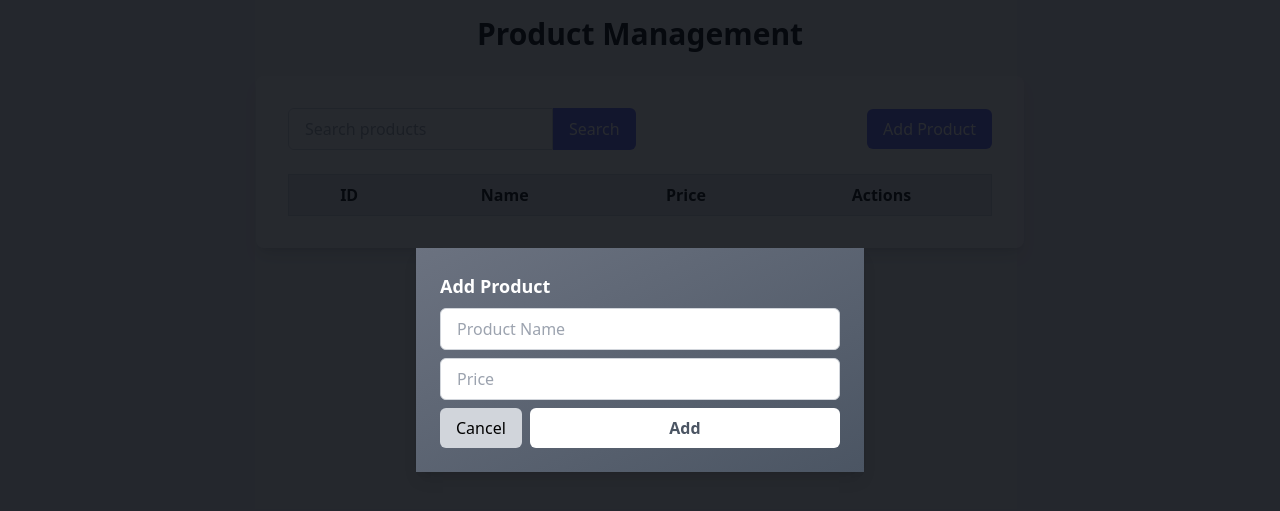
Repository: shaafsalman/product-Management-MERN
Page: /home (app in frontend/), after clicking the first element matching `button.rounded-md`
The author's editor kept a copy of each file at every save. The page is drawn from the files as they stood at one save, then again after the next save.
The browser window is 1280 px wide. The pictures show the whole page.
The page's requests for data from a server got no answer. The project was rebuilt for these pictures with package versions that can differ from the ones it lists, and the page was loaded fresh each time. No one was signed in, and anything a server would have sent is missing. Also part of the build but not shown: frontend/vite.config.js, frontend/src/Cards/mesgCard.jsx, frontend/src/Pages/Login.jsx, frontend/src/Pages/SighnUp.jsx, frontend/src/Pages/NoPage.jsx.

Above is the page before, as saved 2024-05-14 12:30:44.

### frontend/src/App.jsx
import React from 'react';
import { BrowserRouter as Router, Routes, Route, Navigate } from 'react-router-dom';
import Login from "./Pages/Login"
import Signup from "./Pages/SighnUp"
import NoPage from './Pages/NoPage';
import Home from './Pages/Home';

const App = () => {
  return (
    <div className="App">
      <Router>
        <div>
          <Routes>
            <Route path="/" element={<Login/>} />
            <Route path="/login" element={<Login />} />
            <Route path="/login" element={<Login />} />
            <Route path="/signup" element={<Signup />} />
            <Route path="/register" element={<Signup />} />
            <Route path="/home" element={<Home />} />
            <Route path="/*" element={<NoPage />} />
          </Routes>
        </div>
      </Router>
    </div>
  );
};


export default App;

### frontend/src/index.css
@tailwind base;
@tailwind components;
@tailwind utilities;


*
{
  margin: 0;
  padding: 0;
  box-sizing: border-box;
}

body,html
{
  background-color:silver
}

### frontend/src/Pages/Home.jsx
import React, { useState, useEffect } from 'react';
import axios from 'axios';
import AddProduct from './AddProduct'; // Import the AddProduct component

const Home = () => {
  const [products, setProducts] = useState([]);
  const [searchTerm, setSearchTerm] = useState('');
  const [searchResults, setSearchResults] = useState([]);
  const [showAddProduct, setShowAddProduct] = useState(false);

  useEffect(() => {
    fetchProducts();
  }, []);

  const fetchProducts = async () => {
    try {
      const response = await axios.get('/products');
      setProducts(response.data || []);
    } catch (error) {
      console.error('Error fetching products:', error);
    }
  };

  const handleSearch = () => {
    const results = products.filter(product =>
      product.name.toLowerCase().includes(searchTerm.toLowerCase())
    );
    setSearchResults(results);
  };

  const showAdd = () => {
    setShowAddProduct(true);
  };

  const toggleAddProduct = () => {
    setShowAddProduct(!showAddProduct);
  };

  const handleAddProduct = async (newProduct) => {
    try {
      const response = await axios.post('/products', newProduct);
      setProducts([...products, response.data]);
      setSearchResults([...searchResults, response.data]);
      toggleAddProduct(); // Close the AddProduct modal
    } catch (error) {
      console.error('Error adding product:', error);
    }
  };

  const handleUpdateProduct = async (productId, updatedProduct) => {
    try {
      const response = await axios.put(`/products/${productId}`, updatedProduct);
      const updatedProducts = products.map(product =>
        product._id === productId ? response.data : product
      );
      setProducts(updatedProducts);
      setSearchResults(updatedProducts);
    } catch (error) {
      console.error('Error updating product:', error);
    }
  };

  const handleDeleteProduct = async (productId) => {
    try {
      await axios.delete(`/products/${productId}`);
      const updatedProducts = products.filter(product => product._id !== productId);
      setProducts(updatedProducts);
      setSearchResults(updatedProducts);
    } catch (error) {
      console.error('Error deleting product:', error);
    }
  };

  return (
    <div className="flex flex-col items-center min-h-screen bg-gray-100 p-4">
      <h1 className="text-3xl font-semibold mb-6">Product Management</h1>
      <div className="w-full max-w-screen-md bg-white shadow-lg rounded-lg p-8">
        <div className="flex items-center justify-between mb-6">
          <div className="flex">
            <input
              type="text"
              placeholder="Search products"
              value={searchTerm}
              onChange={(e) => setSearchTerm(e.target.value)}
              className="px-4 py-2 border border-gray-300 rounded-l-md focus:outline-none focus:border-indigo-500"
            />
            <button
              onClick={handleSearch}
              className="px-4 py-2 bg-indigo-500 text-white rounded-r-md hover:bg-indigo-600 focus:outline-none focus:bg-indigo-600"
            >
              Search
            </button>
          </div>
          <button
            onClick={showAdd}
            className="px-4 py-2 bg-indigo-500 text-white rounded-md hover:bg-indigo-600 focus:outline-none focus:bg-indigo-600"
          >
            Add Product
          </button>
        </div>
        <table className="w-full border-collapse border border-gray-300">
          <thead>
            <tr className="bg-gray-200">
              <th className="px-4 py-2">ID</th>
              <th className="px-4 py-2">Name</th>
              <th className="px-4 py-2">Price</th>
              <th className="px-4 py-2">Actions</th>
            </tr>
          </thead>
          <tbody>
            {searchResults.map(product => (
              <tr key={product._id}>
                <td className="px-4 py-2">{product._id}</td>
                <td className="px-4 py-2">{product.name}</td>
                <td className="px-4 py-2">{product.price}</td>
                <td className="px-4 py-2">
                  <button
                    onClick={() => handleUpdateProduct(product._id, { name: 'Updated Name', price: 0 })} // Example: Update with a new name and price
                    className="bg-blue-500 text-white px-2 py-1 rounded-md mr-2 hover:bg-blue-600 focus:outline-none focus:bg-blue-600"
                  >
                    Update
                  </button>
                  <button
                    onClick={() => handleDeleteProduct(product._id)}
                    className="bg-indigo-500 text-white px-2 py-1 rounded-md hover:bg-indigo-600 focus:outline-none focus:bg-indigo-600"
                  >
                    Delete
                  </button>
                </td>
              </tr>
            ))}
          </tbody>
        </table>
      </div>
      {showAddProduct && (
        <div className="fixed top-0 left-0 w-full h-full bg-gray-900 bg-opacity-75 flex justify-center items-center">
          <AddProduct onClose={toggleAddProduct} onAdd={handleAddProduct} />
        </div>
      )}
    </div>
  );
};

export default Home;

### frontend/src/Pages/AddProduct.jsx
import React, { useState } from 'react';
import axios from 'axios';

const AddProduct = ({ onClose }) => {
  const [name, setName] = useState('');
  const [price, setPrice] = useState('');


  const handleSubmit = async (e) => {
    e.preventDefault();
    try {
        console.log("Sending request to add product");
        console.log(name + price);
         await axios.post('http://localhost:8080/api/products/add', { name, price });
        onClose();
    } catch (error) {
        console.error('Error adding product:', error);
    }
};
  return (
    <div className="fixed top-0 left-0 w-full h-full flex justify-center items-center z-50 bg-black bg-opacity-50">
      <div className="max-w-md w-full p-6  shadow-lg bg-gradient-to-br from-gray-500 to-gray-600">
        <h3 className="text-lg font-semibold mb-2 text-white text-2xl">Add Product</h3>
        <form onSubmit={handleSubmit} className="flex flex-col">
          <input
            type="text"
            placeholder="Product Name"
            value={name}
            onChange={(e) => setName(e.target.value)}
            className="px-4 py-2 border border-gray-300 rounded-md mb-2"
            required
          />
          <input
            type="number"
            placeholder="Price"
            value={price}
            onChange={(e) => setPrice(e.target.value)}
            className="px-4 py-2 border border-gray-300 rounded-md mb-2"
            required
          />
          <div className="flex justify-end">
            <button type="button" className="mr-2 px-4 py-2 bg-gray-300 rounded-md" onClick={onClose}>Cancel</button>
            <button type="submit" className="w-full bg-white text-gray-600 py-2 rounded-md font-semibold hover:bg-gray-600 hover:text-white transition duration-300">Add</button>
          </div>
        </form>
      </div>
    </div>
  );
};

export default AddProduct;

### frontend/src/Pages/addproduct.jsx
import React, { useState } from 'react';
import axios from 'axios';

const AddProduct = ({ onClose, onAdd }) => {
  const [name, setName] = useState('');
  const [price, setPrice] = useState('');

  const handleSubmit = async (e) => {
    e.preventDefault();
    try {
      const response = await axios.post('/products', { name, price });
      onAdd(response.data); // Notify the parent component about the newly added product
      onClose(); // Close the AddProduct component after adding the product
    } catch (error) {
      console.error('Error adding product:', error);
    }
  };

  return (
    <div className="fixed top-0 left-0 w-full h-full flex justify-center items-center z-50 bg-black bg-opacity-50">
      <div className="max-w-md w-full p-6 bg-gray-100 rounded-lg shadow-lg">
        <h3 className="text-lg font-semibold mb-2">Add Product</h3>
        <form onSubmit={handleSubmit} className="flex flex-col">
          <input
            type="text"
            placeholder="Product Name"
            value={name}
            onChange={(e) => setName(e.target.value)}
            className="px-4 py-2 border border-gray-300 rounded-md mb-2"
            required
          />
          <input
            type="number"
            placeholder="Price"
            value={price}
            onChange={(e) => setPrice(e.target.value)}
            className="px-4 py-2 border border-gray-300 rounded-md mb-2"
            required
          />
          <div className="flex justify-end">
            <button type="button" className="mr-2 px-4 py-2 bg-gray-300 rounded-md" onClick={onClose}>Cancel</button>
            <button type="submit" className="px-4 py-2 bg-green-500 text-white rounded-md">Add</button>
          </div>
        </form>
      </div>
    </div>
  );
};

export default AddProduct;

Loaded but not shown: frontend/index.html (common file); frontend/src/main.jsx (common file); frontend/tailwind.config.js (common file)

After the next save:
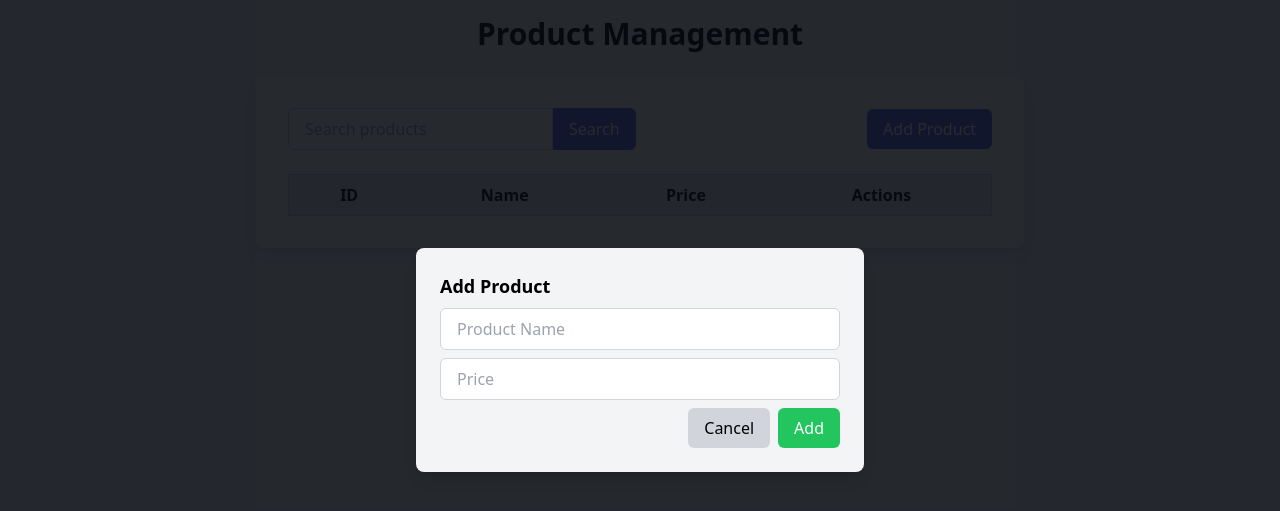
Saved 16 min 33 s later.
--- a/frontend/src/Pages/Home.jsx
+++ b/frontend/src/Pages/Home.jsx
@@ -1,6 +1,6 @@
 import React, { useState, useEffect } from 'react';
 import axios from 'axios';
-import AddProduct from './AddProduct'; // Import the AddProduct component
+import AddProduct from './addproduct';
 
 const Home = () => {
   const [products, setProducts] = useState([]);

After the save that followed:
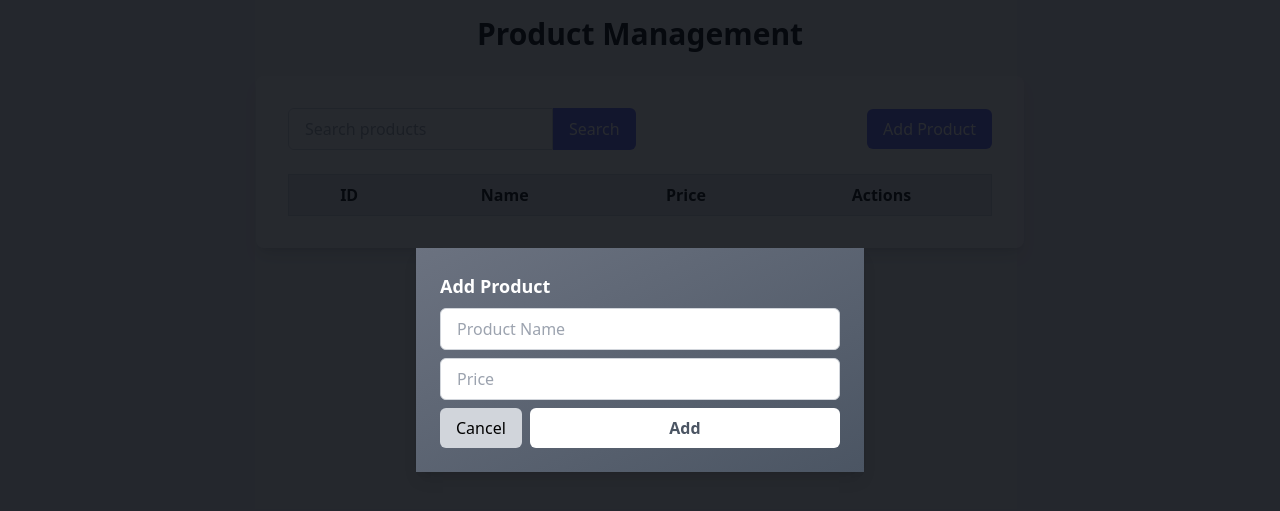
Saved 8 s later.
--- a/frontend/src/Pages/Home.jsx
+++ b/frontend/src/Pages/Home.jsx
@@ -1,6 +1,6 @@
 import React, { useState, useEffect } from 'react';
 import axios from 'axios';
-import AddProduct from './addproduct';
+import AddProduct from './AddProduct';
 
 const Home = () => {
   const [products, setProducts] = useState([]);
